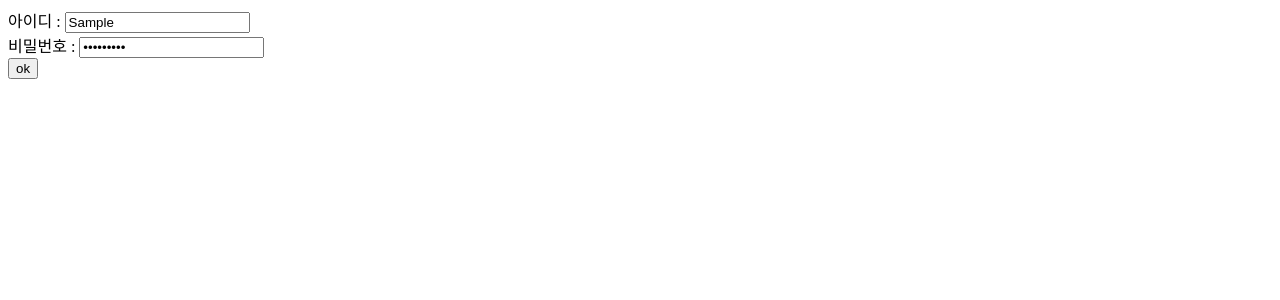
Repository: HyeogDo/Study_Java
Page: http://localhost/Validation/validation_04.jsp
These files come from the project's save history. The page is drawn as it stood at one moment and after the next save; the edit follows.
The browser window is 1280 px wide. The pictures show the whole page.
Empty fields were first filled with sample values (such as "Sample", 5 or name@example.com).
After loading, the first visible `input[onclick="checkLogin()"]` was clicked once.
The page is served by Tomcat 9.

Above is the page before, as saved 2022-03-21 06:27:24.
Console error: SyntaxError: Unexpected token '&&'

### Servlets/Validation/src/main/webapp/validation_04.jsp
<%@ page language="java" contentType="text/html; charset=UTF-8"
    pageEncoding="UTF-8"%>
<!DOCTYPE html>
<html>
	<head>
		<meta charset="UTF-8">
		<title>Insert title here</title>
	</head>
	<script type="text/javascript">
		function checkLogin() {
			var form = document.loginForm
			for(i=0; i<form.id.value.length;i++){
				var ch = form.id.value.charAt(i);
				if((ch < 'a' || ch > 'z') && ((ch > 'A') || ch < 'Z')) && (ch > '0' || ch < '9')) {
					alert("아이디는 영문 소문자만 입력 가능 합니다.")
					form.id.select()
					return
				}
			}
		}
	</script>
	<body>
		<form name="loginForm" action="validation_02p.jsp" method="post">
			아이디 : <input type="text" name="id"><br>
			비밀번호 : <input type="password" name="passwd"> <br>
			<input type="button" value="ok" onclick="checkLogin()">
		</form>
	</body>
</html>

After the next save:
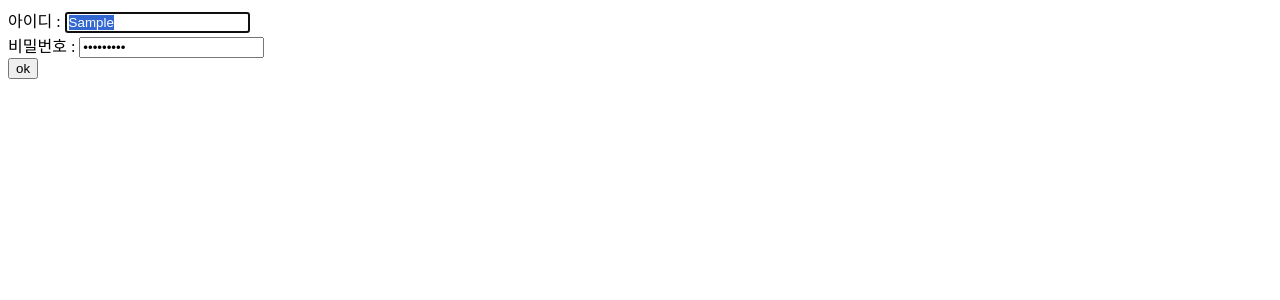
The error is gone.
Saved 12 s later.
--- a/Servlets/Validation/src/main/webapp/validation_04.jsp
+++ b/Servlets/Validation/src/main/webapp/validation_04.jsp
@@ -11,7 +11,7 @@
 			var form = document.loginForm
 			for(i=0; i<form.id.value.length;i++){
 				var ch = form.id.value.charAt(i);
-				if((ch < 'a' || ch > 'z') && ((ch > 'A') || ch < 'Z')) && (ch > '0' || ch < '9')) {
+				if((ch < 'a' || ch > 'z') && (ch > 'A' || ch < 'Z') && (ch > '0' || ch < '9')) {
 					alert("아이디는 영문 소문자만 입력 가능 합니다.")
 					form.id.select()
 					return
